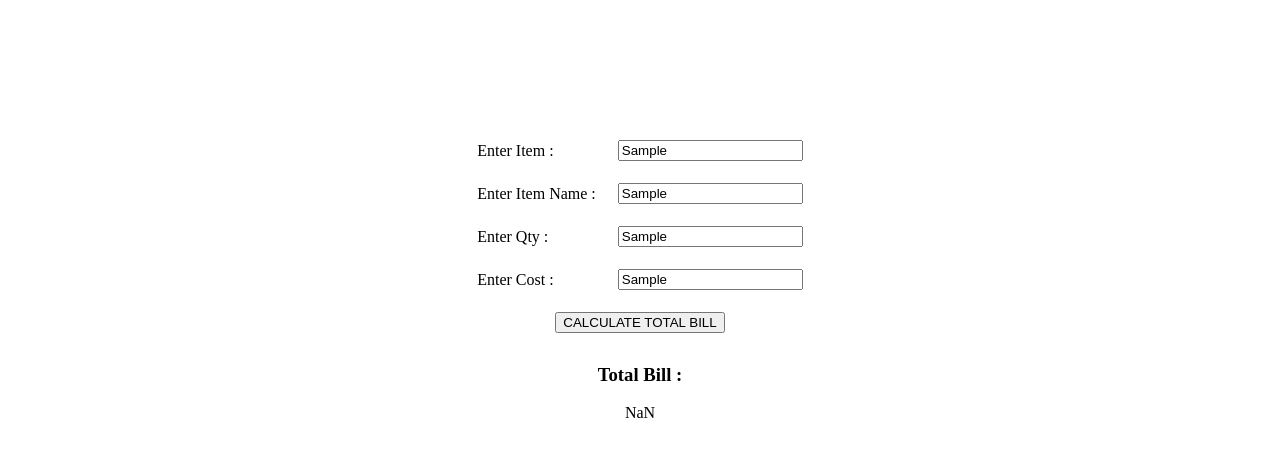
Repository: gajanansp07/Advance_Java_Practice
Page: Webapp/src/main/webapp/totalbill.html
An editor plug-in stored every save of this project. The page is shown before and after the next save, followed by the edit.
The browser window is 1280 px wide. The pictures show the whole page.
Empty fields were first filled with sample values (such as "Sample", 5 or name@example.com).
After loading, the first visible `input[onclick="totalBill()"]` was clicked once.

Above is the page before, as saved 2022-03-13 08:32:16.

### Webapp/src/main/webapp/totalbill.html
<!DOCTYPE html>
<html>
<head>
<meta charset="ISO-8859-1">
<title>Insert title here</title>

<style>
   body{
   		    margin-top: 10%;
   }
	td{
		padding: 10px;
}
table{
		text-align: -webkit-center;
}
</style>
<script type="text/javascript">
function totalBill() {
	  const output = document.getElementById('bill');
	  let text = (document.getElementById('iq').value)*(document.getElementById('ic').value)
	  output.innerHTML = "<h3>Total Bill :</h3>" + text;
	}
</script>

</head>
<body>
	<form>
	<table align="center">
	<tr> <td> Enter Item : </td><td> <input type="text" name="inum" id="in" placeholder="Enter Iterm Number :Like 1" > </td> </tr>
	<tr> <td> Enter Item Name : </td><td> <input type="text" name="iname" id="inm" placeholder="Enter Iterm Name :Like Milk" > </td> </tr>
	<tr> <td> Enter Qty : </td><td> <input type="text" name="iqn" id="iq" placeholder="Enter Quentity :Like 5" > </td></tr>
	<tr> <td> Enter Cost : </td><td> <input type="text" name="icost"  id="ic" placeholder="Enter Cost :Like 300" > </td></tr>
	<tr> <td colspan=2 align="center"> <input type="button" value="CALCULATE TOTAL BILL" onClick="totalBill()"></td> </tr>
	</table>
	<div id="bill" align="center"> <h3>Total Bill :</h3></div>
	</form>
</body>
</html>

After the next save:
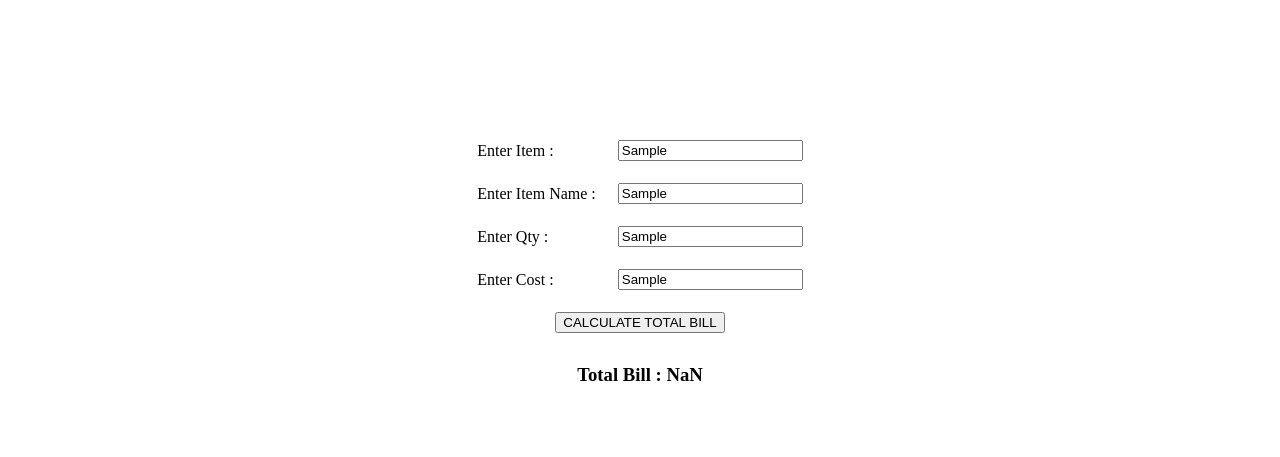
Saved 15 s later.
--- a/Webapp/src/main/webapp/totalbill.html
+++ b/Webapp/src/main/webapp/totalbill.html
@@ -19,7 +19,7 @@ table{
 function totalBill() {
 	  const output = document.getElementById('bill');
 	  let text = (document.getElementById('iq').value)*(document.getElementById('ic').value)
-	  output.innerHTML = "<h3>Total Bill :</h3>" + text;
+	  output.innerHTML = "<h3>Total Bill : " + text + "</h3>";
 	}
 </script>
 
